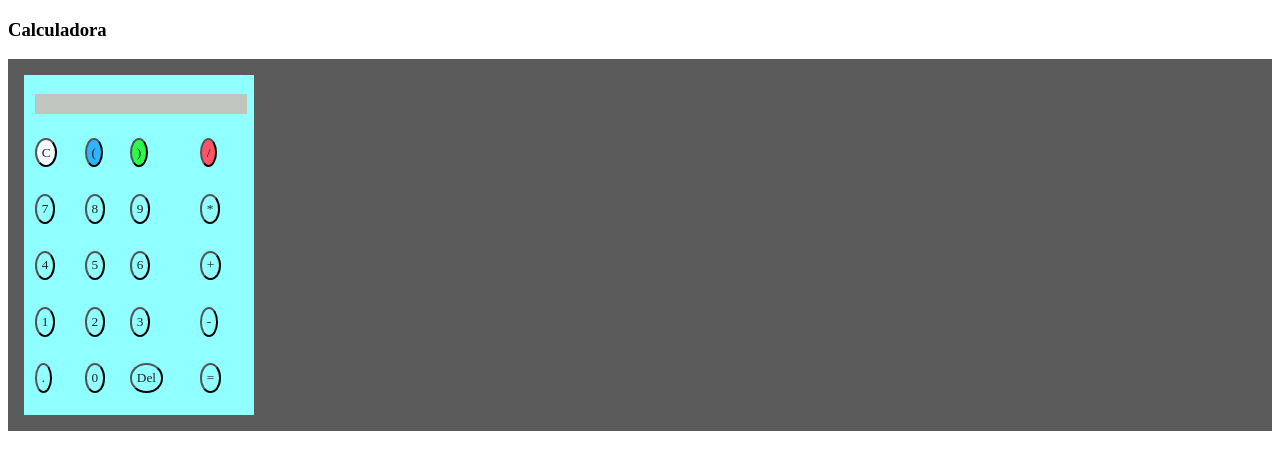
Repository: ServerK001/CalcJsVanilha
Page: index.html
The author's editor kept a copy of each file at every save. The page is drawn from the files as they stood at one save, then again after a run of saves.
The browser window is 1280 px wide. The pictures show the whole page.
Some web fonts or font styles are not loaded; a fallback is used.

Above is the page before, as saved 2022-02-14 20:55:03.

### index.html
<!DOCTYPE html>
<html lang="pt-br">
<head>
    <meta charset="UTF-8">
    <meta http-equiv="X-UA-Compatible" content="IE=edge">
    <meta name="viewport" content="width=device-width, initial-scale=1.0">
    <script src="index.js" ></script>
    <link rel="stylesheet" href="style.css">
    <link href="//db.onlinewebfonts.com/c/bbfde24114f6f7cc0f421651e88bbca7?family=Unibody+8" rel="stylesheet" type="text/css"/>

    <title>Calculadora</title>
</head>
<body>

        <section class="conteiner">
            <h3>Calculadora</h3>
<div class="body">
            <table class="calculadora">
                <tr>
                    <td colspan="4"><input type="text" class="display"></td>
                </tr>

                <tr>
                    <td><button class="btn btn_1 btn-clear">C</button></td>
                    <td><button class="btn btn_2 btn-num">(</button></td>
                    <td><button class="btn btn_3 btn-num">)</button></td>
                    <td><button class="btn btn_4 btn-num">/</button></td>
                </tr>

                <tr>
                    <td><button class="btn btn-num">7</button></td>
                    <td><button class="btn btn-num">8</button></td>
                    <td><button class="btn btn-num">9</button></td>
                    <td><button class="btn btn-num">*</button></td>
                </tr>
                <tr>
                    <td><button class="btn btn-num">4</button></td>
                    <td><button class="btn btn-num">5</button></td>
                    <td><button class="btn btn-num">6</button></td>
                    <td><button class="btn btn-num">+</button></td>
                </tr>
                <tr>
                    <td><button class="btn btn-num">1</button></td>
                    <td><button class="btn btn-num">2</button></td>
                    <td><button class="btn btn-num">3</button></td>
                    <td><button class="btn btn-num">-</button></td>
                </tr>
                <tr>
                    <td><button class="btn btn-num">.</button></td>
                    <td><button class="btn btn-num">0</button></td>
                    <td><button class="btn btn-del">Del</button></td>
                    <td><button class="btn btn-num">=</button></td>
                </tr>

            </table>
     </div>

        </section>

</body>
</html>

### index.js
console.log('Olá mundo')

### style.css
:root{
    --btn: #25251f;
    --font-display:#435338;
    --displayBG:#c0c5bd;
    --bgCalc:#90FFFF;
    --bgConteiner:#5b5b5b;

    /*Bootuns Colors*/

    --btn_1:#F4FBFF;
    --btn_2:#2EB4FF;
    --btn_3:#2AFB4B;
    --btn_4:#FE5367;
    --btn_5:#FDEA44;
    --btn_6:#EA46ED;




}

.display{
    font-size: 1rem;
    width: 100%;
    text-align: right;
    font-family: "Unibody 8";
    color: var(--font-display);
    background-color: var(--displayBG);

        border: none;
}

.btn{
    font-family: "Unibody 8";
    color:var(--btn);
    background-color: var(--bgBtn);
    padding: 0.3rem ;
    border-radius: 50%;
    align-items: center;
}
.calculadora{
    background-color: var(--bgCalc);
    padding: 0.5rem;
    height: 340px;
    width: 230px;

}


.body{
    background-color: var(--bgConteiner);
    padding: 1rem;
}

.btn_1{background-color:var(--btn_1)}
.btn_2{background-color:var(--btn_2)}
.btn_3{background-color:var(--btn_3)}
.btn_4{background-color:var(--btn_4)}
.btn_5{background-color:var(--btn_5)}
.btn_6{background-color:var(--btn_6)}

After the next 3 saves:
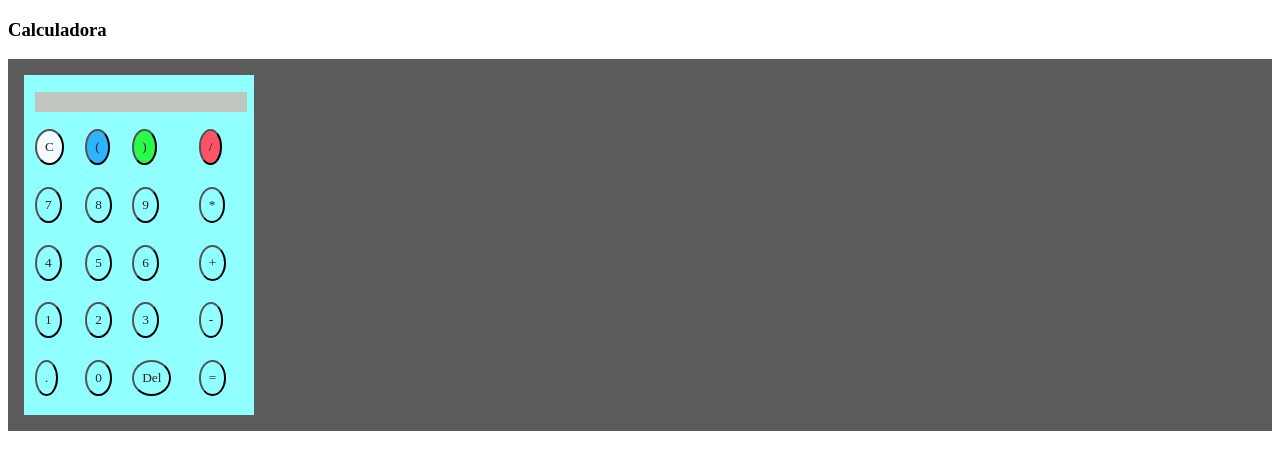
The 3 saves are shown as one change because they came seconds apart.
The last was saved 10 s later.
--- a/style.css
+++ b/style.css
@@ -34,7 +34,7 @@
     font-family: "Unibody 8";
     color:var(--btn);
     background-color: var(--bgBtn);
-    padding: 0.3rem ;
+    padding: 0.5rem ;
     border-radius: 50%;
     align-items: center;
 }
